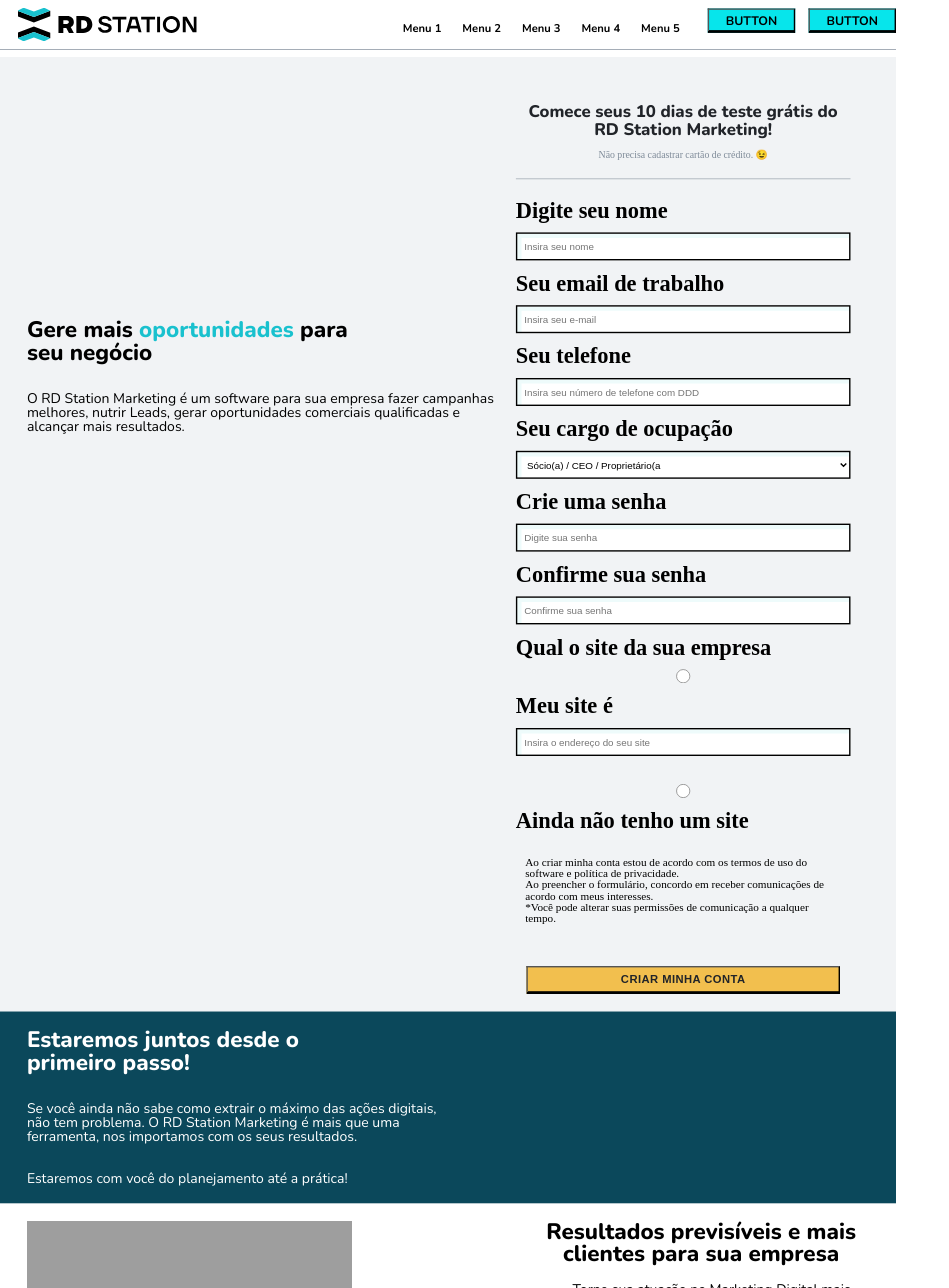
Repository: LarisseLima/rd
Page: index.html
The author's editor kept a copy of each file at every save. The page is drawn from the files as they stood at one save, then again after the next save.
The browser window is 1280 px wide. The page is 1356 px wide, so the pictures cover 1356 px, including what lies to the right of the window. The pictures show the part of the page from y = 0 to 1840 px (the page is 4805 px tall), at 70% of full size.
Pictures or frames that could not be fetched are drawn as grey boxes.

Above is the page before, as saved 2021-07-27 13:59:11.

### index.html
<!DOCTYPE html>
<html>
  <head>
    <meta charset="utf-8" />
    <meta name="viewport" content="width=device-width, initial-scale=1" />
    <title>Rd Station</title>
    <link rel="shortcut icon" href="assets//favicon.png" />
    <link rel="stylesheet" href="css/index.css" />
  </head>
  <body>
    <header class="header">
      <div class="container">
        <img class="container_logo" src="assets/logo.svg" alt="Logo RD" />
        <nav class="header_nav">
          <ul>
            <li>Menu 1</li>
            <li>Menu 2</li>
            <li>Menu 3</li>
            <li>Menu 4</li>
            <li>Menu 5</li>
          </ul>
          <div>
            <button className="btn-primary">button</button>
            <button>button</button>
          </div>
        </nav>
      </div>
    </header>
    <main>
      <section class="section_modal">
        <div class="container">
          <div class="section_modal_info">
            <h2 class="section_modal_title">
              Gere mais <span>oportunidades</span>  para seu negócio
            </h2>
            <p class="section_modal_paragraph">
              O RD Station Marketing é um software para sua empresa fazer
              campanhas melhores, nutrir Leads, gerar oportunidades comerciais
              qualificadas e alcançar mais resultados.
            </p>
          </div>
          <form method="post" action="https://app.rdstation.com.br/signup">
            <header>
              <h4>Comece seus 10 dias de teste grátis do RD Station Marketing!</h4>
              <h5>Não precisa cadastrar cartão de crédito. 😉</h5>
            </header>
            <label >Digite seu nome</label>
            <input
              type="text"
              name="name"
              placeholder="Insira seu nome"
            />
            <label >Seu email de trabalho</label>
            <input
              type="email"
              name="email"
              placeholder="Insira seu e-mail"
            />
            <label >Seu telefone</label>
            <input
              type="tel"
              name="telefone"
              placeholder="Insira seu número de telefone com DDD"
            />

            <label >Seu cargo de ocupação</label>
            <select
              name="cargo"
              placeholder="Age..."
            >
              <option value="ceo">Sócio(a) / CEO / Proprietário(a</option>
              <option value="diretorVendas">Diretor(a) de Vendas</option>
              <option value="diretorMarketing">Diretor(a) de Marketing</option>
              <option value="diretorOA">Diretor(a) Outras Áreas</option>
              <option value="gerenteVendas">"Gerente de Vendas</option>
              <option value="supervisorMarketing">
                Coordenador(a)/Supervisor(a) de Marketing
              </option>
              <option value="supervisorVendas">Coordenador(a)/Supervisor(a) de Vendas</option>
              <option value="analistaMarketing">Analista/Assistente de Marketing</option>
              <option value="analistaVendas">Analista/Assistente de Vendas</option>
              <option value="vendedorContas">Vendedor(a) / Executivo(a) de Contas</option>
              <option value="estudante">Estudante</option>
              <option value="OC">Outros Cargos</option>

            </select>

            <label >Crie uma senha</label>
            <input
              type="password"
              name="password"
              placeholder="Digite sua senha"
            />
            <label >Confirme sua senha</label>
            <input
              type="password"
              name="confirmPassword"
              placeholder="Confirme sua senha"
            />
            <label>Qual o site da sua empresa</label>
            <input type="radio" name='site' id="site" />
            <label htmlFor='site'>Meu site é </label>
            <input
              type="text"
              name="site"
              placeholder="Insira o endereço do seu site"
            />
            <input type="radio" name='site' id="site" />
            <label htmlFor='site'>Ainda não tenho um site  </label>

            <ul>
              <li>
                Ao criar minha conta estou de acordo com os termos de uso do software e política de privacidade.
              </li>
              <li>
                Ao preencher o formulário, concordo em receber comunicações de acordo com meus interesses.
              </li>
              <li>
                *Você pode alterar suas permissões de comunicação a qualquer tempo.
              </li>
            </ul>
            <button>criar minha conta </button>
          </form>
          </div>
        </div>
      </section>
      <section class="section_rd">
        <div class="container">
          <div class="section_rd_info">
            <h2 class="section_rd_title">
              Estaremos juntos desde o primeiro passo!
            </h2>
            <p class="section_rd_paragraph">
              Se você ainda não sabe como extrair o máximo das ações digitais, não tem problema. O RD Station Marketing é mais que uma ferramenta, nos importamos com os seus resultados.
            </p>
            <p class="section_rd_paragraph">
              Estaremos com você do planejamento até a prática!
            </p>
          </div>
        </div>
          </div>
        </div>
      </section>
      <section class="section_photo">
        <div class="container">
          <div class="section_img">
            <img src="assets/img-rdoer.svg" alt="">
          </div>
          <div class="section_img_about">
            <h2 class="section_img_about_title">
              Resultados previsíveis
              e mais clientes para sua empresa
            </h2>
            <h3 class="section_img_about_subtitle">Torne sua atuação no Marketing Digital mais eficaz</h3>
            <div class="section_list">
              <ul class="section_list_ul">
              <li class="section_list_li">
                <img src="assets/checkmark.svg" alt="">
                <strong>Ferramentas intuitivas</strong> e com modelos prontos, vídeos explicativos e passo a passo guiado
              </li>
              <li class="section_list_li">
                <img src="assets/checkmark.svg" alt="">
                <strong>Implementação com especialistas</strong>focada em planejamento e prática (nos planos Marketing Pro e Enterprise)
              </li>
              <li class="section_list_li">
                <img src="assets/checkmark.svg" alt="">
                <strong>Time de especialistas em Sucesso do Cliente</strong> para apoiar na otimização da estratégia em cada fase da sua jornada (nos planos Marketing Pro e Enterprise)
              </li>
              <li class="section_list_li">
                <img src="assets/checkmark.svg" alt="">
                <strong>Suporte técnico</strong> em português, espanhol e inglês para tirar dúvidas, com 97% de satisfação entre nossos clientes
              </li>
              <li class="section_list_li">
                <img src="assets/checkmark.svg" alt="">
                <strong>Muito conteúdo educativo,</strong> eventos, cursos da RD University e comunidades para você continuar evoluindo
              </li>
            </ul>
              </div>
          </div>
        </div>
      </section>
      <section class="section_cards">
        <div class="container">
          <div class="section_cards_info">
            <h2 class="section_cards_title">
              A ferramenta de Automação de Marketing líder na América Latina
            </h2>
            <div class="card_row">
              <div class="card_row_info color">
                <h2>Torne sua operação de Marketing Digital mais produtiva</h2>
                <p>Chega de usar várias ferramentas separadas e perder as informações no caminho! Somos o que chamam de ferramenta tudo-em-um: reunimos os principais recursos de Marketing Digital em um só lugar para sua operação ser mais eficaz.</p>
                <img class="image" src="assets/icons/card-1.svg" alt="icon" />
              </div>

              <div class="card_row_info color">
                <h2>Crie facilmente
                  campanhas que funcionam</h2>
                <p>É fácil usar o RD Station Marketing, porque suas funcionalidades são simples, mas poderosas, e contam com dezenas de modelos — como de Landing Pages, Pop-ups, emails — para diversas ocasiões e segmentos que você pode personalizar de acordo com a sua campanha.</p>
                <img class="image" src="assets/icons/card-2.svg" alt="settings" />
              </div>

              <div class="card_row_info color">
                <h2>Construa jornadas personalizadas e gere vendas em escala</h2>
                <p>Envie a mensagem certa na hora certa e construa jornadas personalizadas que geram até 5x mais conversões e guiam Leads até a compra. Automatize também suas tarefas e aumente a produtividade de Marketing e Vendas.</p>
                <img class="image" src="assets/icons/card-3.svg" alt="article" />
              </div>

            </div>
            <div class="card_row">
              <div class="card_row_info color">
                <h2>Encontre automaticamente as melhores oportunidades</h2>
                <p>Conheça melhor seu público, de acordo com as informações capturadas nas suas páginas e formulários. Defina critérios para identificar automaticamente Leads com maior potencial de compra e envie para o comercial oportunidades qualificadas.</p>
                <img class="image" src="assets/icons/card-4.svg" alt="icon" />
              </div>

              <div class="card_row_info color">
                <h2>Saia da incerteza e comprove resultados</h2>
                <p>Ao invés de fazer uma série de ações isoladas, sem saber qual funciona, junte as informações de todos os seus contatos e suas ações em diferentes canais com recursos de análise para provar que Marketing Digital traz mais vendas e clientes.</p>
                <img class="image" src="assets/icons/card-5.svg" alt="settings" />
              </div>

              <div class="card_row_info color">
                <h2>Suporte ágil e na sua língua</h2>
                <p>Nosso time de suporte técnico está disponível quando você precisar, com uma taxa de satisfação de 97% entre nossos clientes e um tempo médio de resolução de 6 horas. E o melhor: tudo isso em português.</p>
                <img class="image" src="assets/icons/card-3.svg" alt="article" />
              </div>

            </div>
          </div>
        </div>
          </div>
        </div>
      </section>
      <section class="section_mk">
        <div >
          <div class="section_mk_info">
            <h2 class="section_mk_title">
              Por que mais de 25.000 empresas escolheram o RD Station?
            </h2>
            <p class="section_mk_paragraph">
              Combinamos nossos produtos de Marketing e Vendas com pessoas que se importam com seus resultados e um ecossistema que apoia o seu negócio do planejamento à prática.
            </p>
            <div class="section_mk_button">
             <a href="https://app.rdstation.com.br/signup" target="blank"> <img src="assets/button-yellow.svg" alt="Botão criar conta"></a>
            </div>
          </div>
        </div>
          </div>
        </div>
      </section>
      <section class="section_video">
        <div class="container">
          <div class="section_video_about">
            <h2 class="section_video_about_title">
              Entenda melhor como o RD Station Marketing funciona na prática
            </h2>
            <div class="section_video_button">
              <a href="https://app.rdstation.com.br/signup" target="blank"> <img src="assets/button-play.svg" alt="Botão criar conta"></a>
             </div>
          </div>
          <iframe
            width="560"
            height="315"
            src="https://www.youtube.com/embed/lGCesaaLi4s?controls=0"
            frameborder="0"
            allowfullscreen
          ></iframe>
        </div>
      </section>
      <section class="section_logos">
        <div class="container">
          <div class="section_logos_about">
            <h2 class="section_logos_title">
              Torne sua operação de Marketing ainda mais poderosa
            </h2>
            <p class="section_logos_title">
              O RD Station Marketing se conecta as principais ferramentas nacionais e internacionais
            </p>
            <div class="section_logos_button">
              <a href="https://app.rdstation.com.br/signup" target="blank"> <img src="assets/button-play.svg" alt="Botão criar conta"></a>
             </div>
          </div>
          <div class="section_logos_img"> <img src="assets/section-logos.svg" alt="Logo empresas"></div>
        </div>
      </section>
    </main>
    <footer class="footer">
      <section class="footer_section">
          <div class="footer_section_img">
                <img src="assets/logo2.svg" alt="Logo RD" />
          </div>
            <div class="footer_section_icons">
              <ul>
                  <li><a href="https://twitter.com/rd_station" target="blank" ><img src="assets/twitter.svg" alt="Icone do Twitter"/></a></li>
                  <li><a href="https://www.facebook.com/ResultadosDigitais/"  target="blank" ><img src="assets/facebook.svg" alt="Icone do faceboock"/></a></li>
                  <li><a href="https://www.linkedin.com/company/resultadosdigitais"  target="blank" ><img src="assets/linkedin.svg" alt="Icone do Linkedin"/></a></li>
                  <li><a href="https://www.instagram.com/resdigitais/
                    "  target="blank" ><img src="assets/instagram.svg" alt="Icone do Instagram"/></a></li>
                  <li><a href="https://www.youtube.com/channel/UC5lPKvmw6-DFya_qreisENQ"   target="blank" ><img src="assets/youtube.svg" alt="Icone do Youtube"/></a></li>
              </ul>
          </div>
          </div>
          <div class="footer_section_row"></div>
          <div class="footer_section_info">
            <h3 class="footer_section_info_h3">© 2021 <span>RD Station.
               </span><a href="https://legal.rdstation.com/pt/privacy-policy/">Política de Privacidade.</a> </h3>
          </ul>
      </section>
    </footer>
  </body>
</html>

### css/index.css
@import "style.css";
@import "reset.css";

### css/style.css
@import url("https://fonts.googleapis.com/css2?family=Nunito:wght@300;400;700;800&display=swap");

body {
  font-family: "Nunito", sans-serif;
  background: var(--white);
}

.container {
  width: 94%;
  margin: 0 auto;
}

.container_logo{
  margin-left: 25px;
  margin-bottom: 10px;
  width: 20%;
}



.header {
  background-color: var(--white);
  padding: 10px 0;
  display: flex;
  height: 100%;
  justify-content: space-around;
  align-items: center;
}

.header ul{
  padding: 20px 10px;
  list-style: none;
  display: flex;
  align-items: center;
  justify-content: center;
}

.header li{
  position: relative;
  cursor: pointer;
  font-size: 1.25rem;
  padding: 15px;
  align-items: center;
  font-size: 16px;
  font-weight: 700;
  font-family: "Nunito", sans-serif;
}
.header li:hover{
color: var(--blueHover)
}

.header .container {
  display: flex;
  align-items: center;
  justify-content: space-between;
  width: 100%;
  height: 60px;
  border-bottom: 1px solid var(--lighterGray-70);
  /* position: fixed; */
  z-index: 9;
}

.header_nav {
  display: flex;
}

.header_nav button {
  margin-top: 15px;
  transition: 0.5s;
  font-size: 1.1rem;
  margin-left: 15px;
  font-weight: bold;
  color: var(--black);
  text-transform: uppercase;
  font-family: "Nunito", sans-serif;
}
.header_nav_button img {
  width: 85px;
}

.header_nav button:hover,
.section_mk_button img:hover,
.section_video_button img:hover,
.section_logos_button img:hover {
  transform: translateY(-5px);
  cursor: pointer;
}

.section_modal {
  /* background-color: var(--lighterGray); */
  background-image: url(assets/shape1.svg);
  /* background-position: center top; */
  background-size: cover;
  background-repeat: no-repeat;
  padding: 25px 0;
  width: 100%;
  display: flex;
}

.section_modal_title{
  padding-top: 350px;
}

.section_modal_paragraph{
  padding-top: 40px;
  font-family: "Nunito", sans-serif;
  font-size: 20px;
  font-weight: 400;
}
.section_modal .container {
  color: var(--black);
  display: flex;
  justify-content: space-between;
}


form{
  width: 100%;
  height: 100%;
  display: flex;
  align-items: center;
  justify-content: center;
  flex-direction: column;
}

form header{
  width: 90%;
  display: flex;
  margin-top: 40px;
  padding-bottom: 24px;
  flex-direction: column;
  justify-content: center;
  align-items: center;
  border-bottom: 1px solid var(--lighterGray-60);
  margin-bottom: 32px;
}

form h4{
  width: 448px;
  height: 52px;
  left: 860px;
  font-family: "Nunito", sans-serif;
  font-weight: 800;
  font-size: 24px;
  line-height: 110%;
  text-align: center;
  color: var(--lighterGray-100);
}

form h5{
  width: 275px;
  height: 17px;
  margin-top: 16px;
  font-family: 'Nunito' Sans;
  font-size: 14px;
  line-height: 120%;
  text-align: center;
  color: var(--lighterGray-70);
}

form label{
  width: 90%;
  display: flex;
  flex-direction: column;
  font-family: 'Nunito' Sans;
  font-weight: 600;
  font-size: 32px;
  line-height: 24px;

}

form input, select{
  width: 90%;
  height: 40px;
  background: var(--white);
  padding: 10px;
  font-family: 'Nunito' Sans;
  font-style: normal;
  font-weight: normal;
  font-size: 14px;
  line-height: 20px;
  margin: 20px 0px;
  border: 2px solid var(--black);
  box-sizing: border-box;
  box-shadow: inset 6px 6px 0px #EEFBFB;
}

form input[type=radio]{
  width: 50%;
  height: 20px;
  display: flex;
  box-shadow: none;
}

form ul{
  display: flex;
  flex-direction: column;
  margin: 40px;
}

form button{
  text-transform: uppercase;
  display: flex;
  flex-direction: column;
  justify-content: center;
  align-items: center;
  padding: 0px;
  margin-top: 20px;
  width: 448px;
  height: 40px;
  left: 0px;
  top: 0px;
  font-family: 'Nunito' Sans;
  font-style: normal;
  font-weight: 800;
  font-size: 16px;
  line-height: 150%;
  text-align: center;
  letter-spacing: 0.04em;
  text-transform: uppercase;
  color: var(--lighterGray-100);
  background: var(--highlight-60);
  flex: none;
  order: 0;
  flex-grow: 0;
}

form button:hover{
  background: var(--blueHover);
}
.section_modal_title,
.section_rd_title,
.section_img_about_title,
.section_img_about_title,
.section_video_about_title,
.section_logos_title, .section_cards_title {
  font-weight: 900;
  width: 15em;
  font-family: "Nunito", sans-serif;
  font-size: 32px;
}

.section_modal_title span {
  color: var(--blueAscent);
}

.section_rd_paragraph,
.section_logos_paragraph {
  width: 600px;
  padding-right: 108px;
  padding-top: 40px;
  font-family: "Nunito", sans-serif;
  font-size: 20px;
  font-weight: 400;
}

.section_rd {
  background-color: var(--darkBlue);
  padding: 25px 0;
}

.section_rd .container {
  color: var(--white);
  display: flex;
  justify-content: space-between;
}

.section_photo {
  /* background-color: var(--lighterGray); */
  padding: 25px 0;
}

.section_photo .container {
  display: flex;
  justify-content: space-between;
}

.section_img img {
  height: 500px;
  width: 465px;
  border-radius: 0px;
}
.section_img_about {
  width: 450px;
  text-align: center;
  align-items: flex-end;
  display: flex;
  flex-direction: column;
  display: flex;
}


.section_img_about_subtitle {
  padding-top: 24px;
  font-weight: 400;
  font-family: "Nunito", sans-serif;
  font-size: 20px;
}

.section_list li {
  padding-top: 30px;
  font-weight: 400;
  font-family: "Nunito", sans-serif;
  font-size: 16px;
}

.section_list_li strong {
  font-weight: bolder;
}
.section_list_li img {
  height: 13px;
  width: 18px;
  margin-right: 19px;
  border-radius: 0px;
}
.section_cards{
  padding: 25px 0;
}

.card_row {
  padding-top: 55px;
  display: flex;
  justify-content: center;
  align-items: center;
}
.card_row_info {
  border-radius: 5px;
  box-shadow: 7px 7px 13px 0px rgba(50, 50, 50, 0.22);
  padding: 30px;
  margin: 20px;
  width: 400px;
  height: 450px;
  transition: all 0.3s ease-out;
}
.card_row_info:hover {
  transform: translateY(-5px);
  cursor: pointer;
}
 .card_row_info h2{
  font-weight: 900;
  font-family: "Nunito", sans-serif;
  font-size: 28px;
  line-height: 110%;
  display: flex;
  align-items: center;
 }
.card_row_info p {
  padding-top: 16px;
  color: var(--black);
  font-family: "Nunito", sans-serif;
  font-style: normal;
  font-weight: normal;
  font-size: 16px;
  line-height: 150%;
  display: flex;
  align-items: center;
}

.image {
  float: right;
  max-width: 54px;
  max-height: 54px;
}
.color {
  border-left: 3px solid var(--blueAscent);
}


.section_mk {
  margin-right: 135px;
  margin-left: 135px;
  background-color: var(--darkBlue);
  color: var(--white);
  text-align: center;
}

.section_mk_info  {
  width: 100%;
  align-items: center;
  display: flexbox;
  justify-items: center;
}

.section_mk_title {
  padding-top: 20px;
  font-weight: 900;
  font-family: "Nunito", sans-serif;
  font-size: 32px;
  text-align: center;
}

.section_mk_paragraph {
  padding-right: 108px;
  padding-top: 40px;
  font-family: "Nunito", sans-serif;
  font-size: 20px;
  font-weight: 400;
}

.section_mk_button img,
.section_video_button img,
.section_logos_button img {
  padding-top: 40px;
  width: 250px;
}

.section_video {
  background-color: var(--lighterGray);
  padding: 25px 0;
}
.section_video_about_title {
  padding-top: 66px;
}
.section_video .container {
  color: var(--black);
  display: flex;
  justify-content: space-between;
}

.section_video .container {
  color: var(--black);
  display: flex;
  justify-content: space-between;
}

.section_video_about_title {
  padding-top: 66px;
}


.section_logos {
  background-color: var(--lighterGray);
  padding: 25px 0;
}
.section_logos_title{
  padding-top: 66px;
}
.section_logos .container {
  display: flex;
  justify-content: space-between;
}


.section_logos_img img {
  padding-top: 105px;
  align-items: flex-end;
}

.footer {
  background-color: var(--blueAscent);
  padding-top: 20px;
  text-align: center;
}

.footer_section_img img {
  width: 25%;
  height: 32px;
}

.footer_section_icons img {
  float: left;
  align-items: flex-end;
  margin-right: 20px;
  margin-top: 10px;
}

.footer_section_icons ul,
li,
a {
  display: inline-block;
  list-style: none;
  align-items: center;
  justify-content: center;
}
.footer_section_icons li:hover{
  transform: translateY(-5px);
}

.footer_section_info_h3{
  padding-top: 5px;
  font-family: "Nunito", sans-serif;
  font-size: 14px;
  text-align: center;
}

.footer_section_info_h3 span{
  font-weight: bolder;
}

.footer_section_info_h3 a{
  color: var(--black);
  text-decoration: underline;
}

.footer_section_info_h3 a:hover{
  color: var(--blueHover);
}
.footer_section_row {
  margin-top: 24px;
  width: 1354px;
  height: 0px;
  top: 4618px;
  border: 1px solid var(--white);
}

/* @media (min-width: 768px) {

}

Loaded but not shown: css/reset.css (176 lines, source omitted)

After the next save:
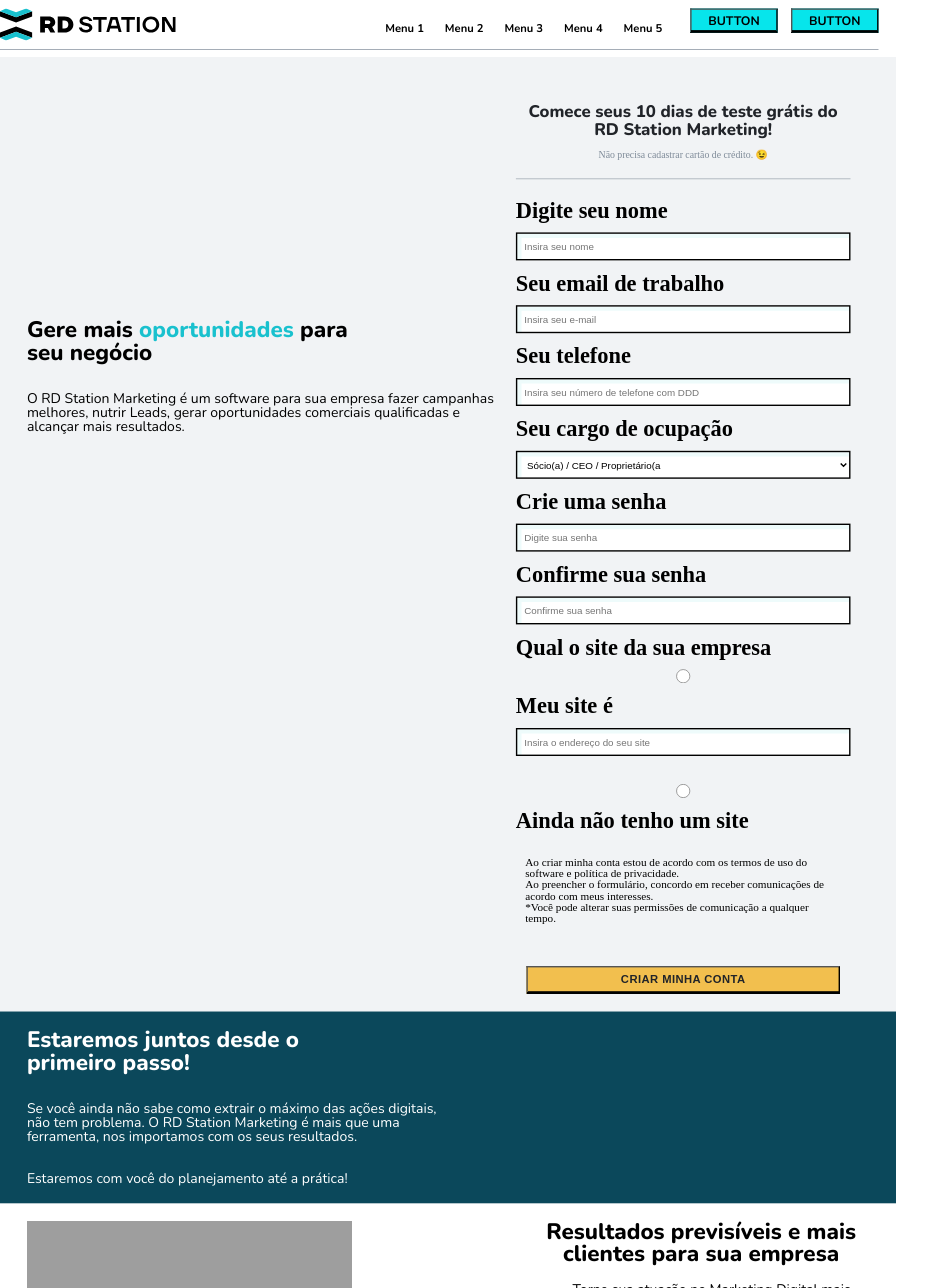
Saved 48 s later.
--- a/css/style.css
+++ b/css/style.css
@@ -11,7 +11,6 @@
 }
 
 .container_logo{
-  margin-left: 25px;
   margin-bottom: 10px;
   width: 20%;
 }
@@ -19,6 +18,7 @@
 
 
 .header {
+  margin-right: 25px;
   background-color: var(--white);
   padding: 10px 0;
   display: flex;
